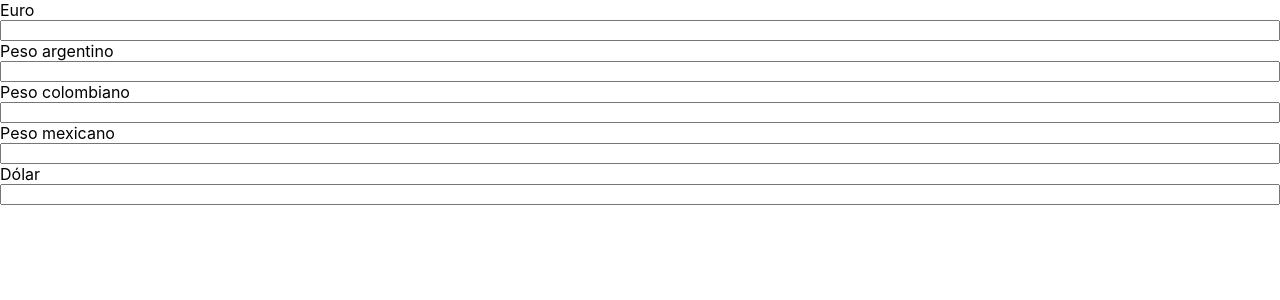
Repository: abgdev1997/ejercicios-react
Page: /
The author's editor kept a copy of each file at every save. The page is drawn from the files as they stood at one save, then again after the next save.
The browser window is 1280 px wide. The pictures show the whole page.
The project was rebuilt for these pictures with package versions that can differ from the ones it lists, and the page was loaded fresh each time.

Above is the page before, as saved 2022-02-22 13:56:49.

After the next save:
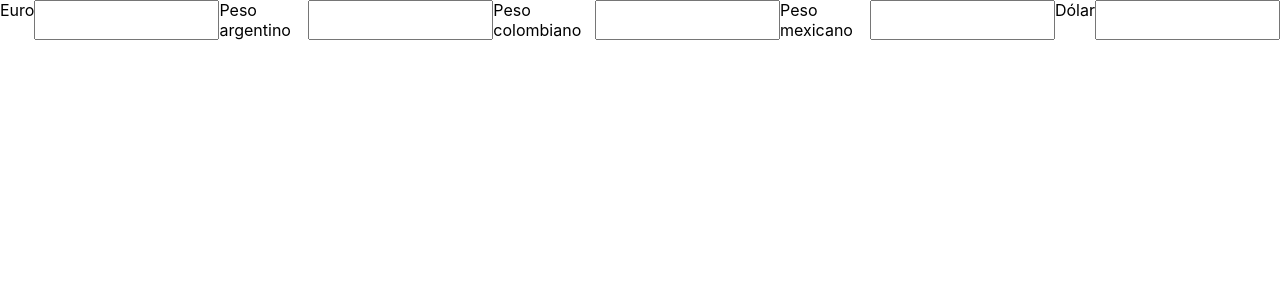
Saved 29 s later.
--- a/src/AppConversor.css
+++ b/src/AppConversor.css
@@ -1,4 +1,3 @@
 .AppConversor{
     display: flex;
-    flex-direction: column;
 }

After the save that followed:
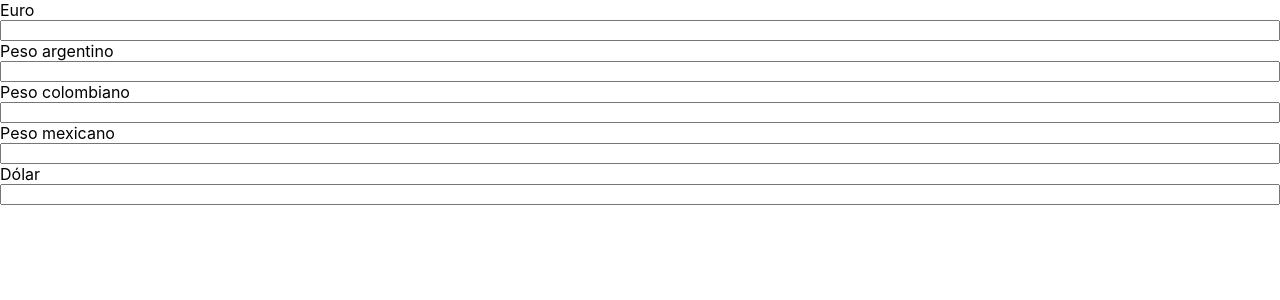
Saved 4 s later.
--- a/src/AppConversor.css
+++ b/src/AppConversor.css
@@ -1,3 +1,4 @@
 .AppConversor{
     display: flex;
+    flex-direction: column;
 }
